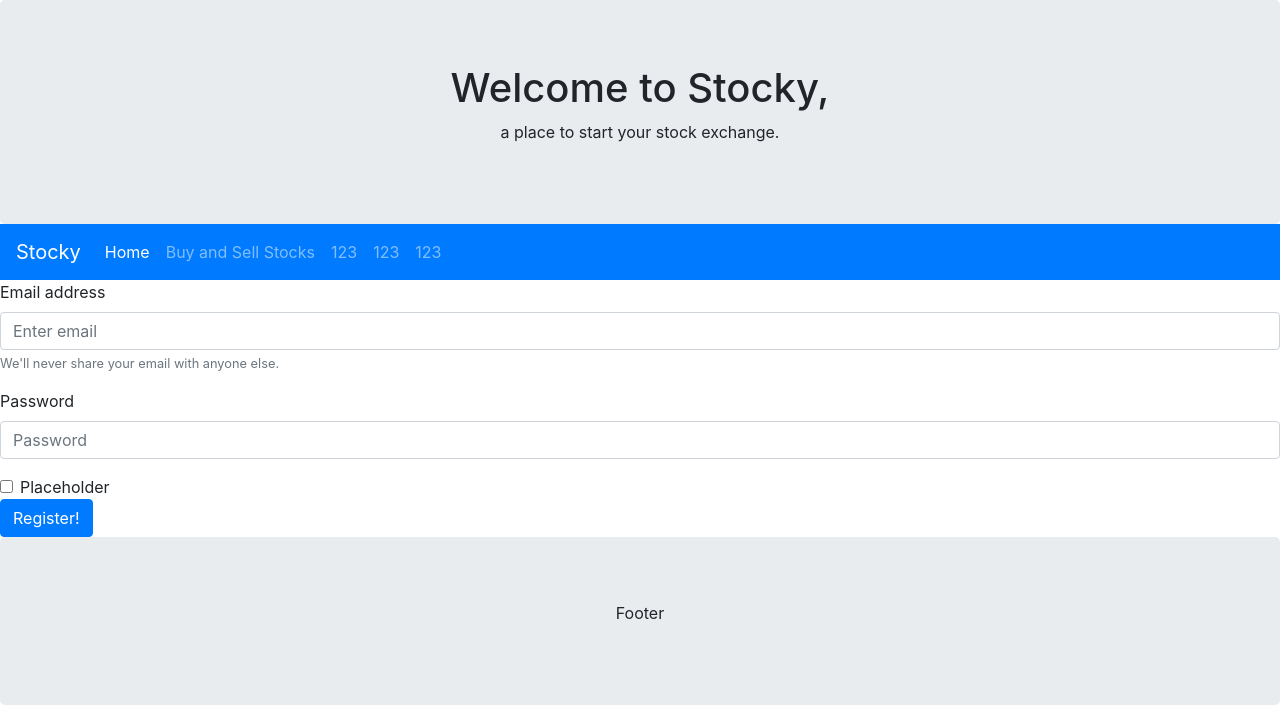
Repository: madfufuu/stocky
Page: http://localhost/stocky/signup.jsp
An editor plug-in stored every save of this project. The page is shown before and after the next save, followed by the edit.
The browser window is 1280 px wide. The pictures show the whole page.
The page is served by Tomcat 9.

Above is the page before, as saved 2019-11-27 21:39:42.

After the next save:
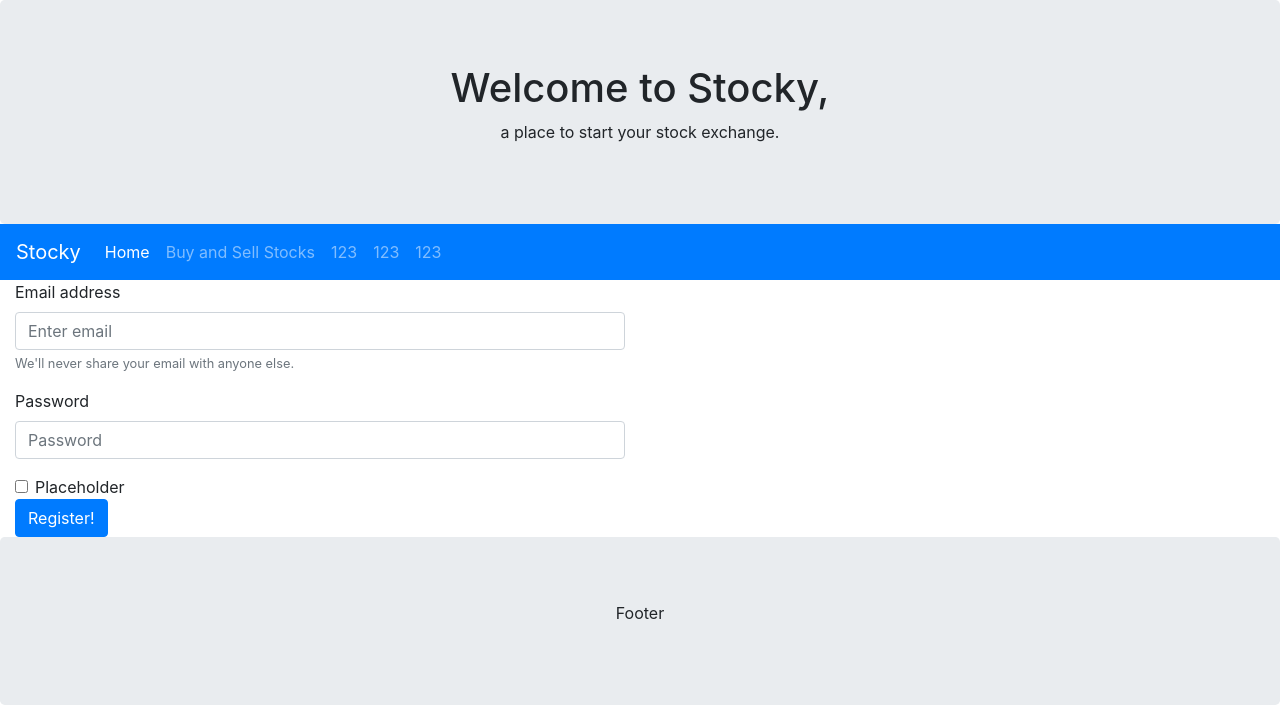
Saved 47 s later.
--- a/stocky-new-master/stocky/WebContent/signup.jsp
+++ b/stocky-new-master/stocky/WebContent/signup.jsp
@@ -63,7 +63,7 @@
 		<br /> <input type="submit" />
 	</form> -->
 
-	<form action="SignUpCheck" method="post">
+	<form action="SignUpCheck" method="post" class="col-sm-6">
 		<div class="form-group">
 			<label for="exampleInputEmail1">Email address</label> <input
 				type="email" class="form-control" id="exampleInputEmail1"
